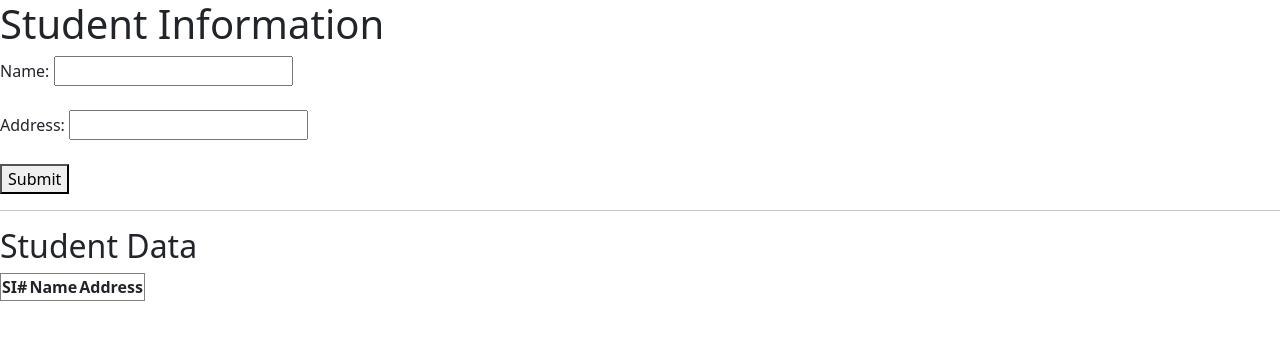
Repository: Rose-gitungo/LearningSpring
Page: Controller & RestController/Assessement07/src/main/resources/static/index.html
The author's editor kept a copy of each file at every save. The page is drawn from the files as they stood at one save, then again after the next save.
The browser window is 1280 px wide. The pictures show the whole page.

Above is the page before, as saved 2024-06-07 13:12:03.

After the next save:
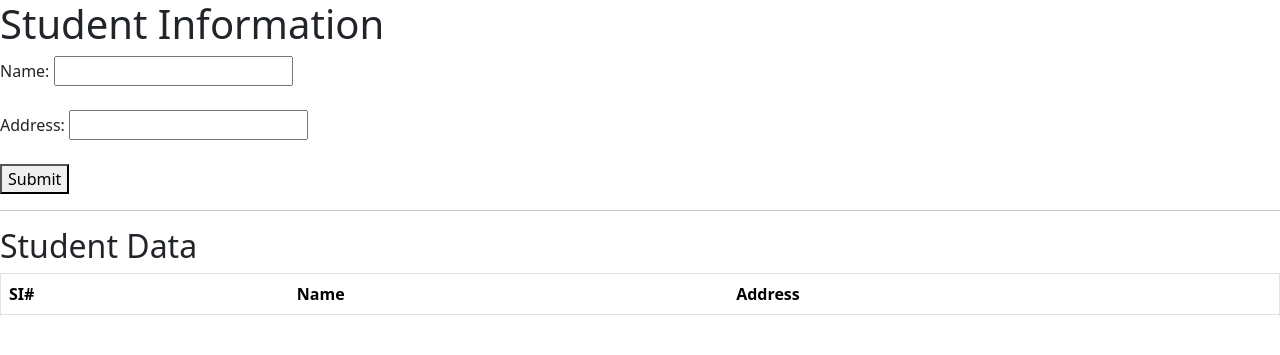
Saved 21 s later.
--- a/Controller & RestController/Assessement07/src/main/resources/static/index.html
+++ b/Controller & RestController/Assessement07/src/main/resources/static/index.html
@@ -20,7 +20,7 @@
     <hr>
 
     <h2>Student Data</h2>
-    <table id="studentTable" border="1">
+    <table id="studentTable" border="1" class="table">
         <thead>
             <tr>
 				<th>SI#</th>
